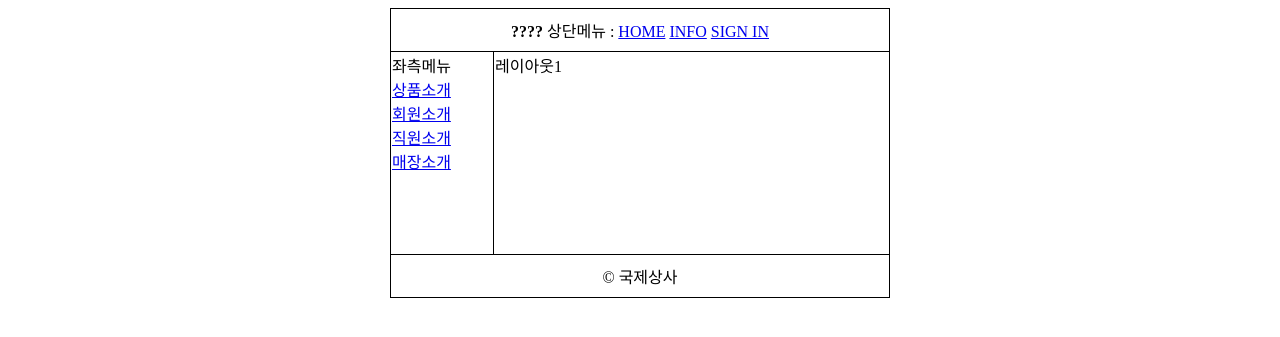
Repository: coolSummer1119/study
Page: http://localhost/ch03_Jsp/ch05_actionTag/layout.jsp
An editor plug-in stored every save of this project. The page is shown before and after the next save, followed by the edit.
The browser window is 1280 px wide. The pictures show the whole page.
The page is served by Tomcat 9.

Above is the page before, as saved 2024-04-23 07:49:09.

After the next save:
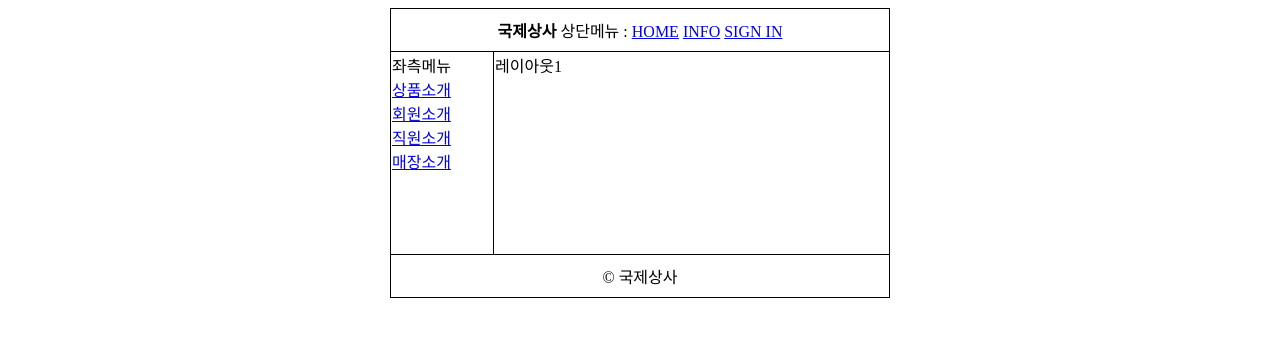
Saved 55 s later.
--- a/workspace/ch03_Jsp/src/main/webapp/ch05_actionTag/layout.jsp
+++ b/workspace/ch03_Jsp/src/main/webapp/ch05_actionTag/layout.jsp
@@ -1,5 +1,8 @@
 <%@ page language="java" contentType="text/html; charset=UTF-8"
     pageEncoding="UTF-8"%>
+<%
+	request.setCharacterEncoding("utf-8");
+%>
 <!DOCTYPE html>
 <html>
 <head>
